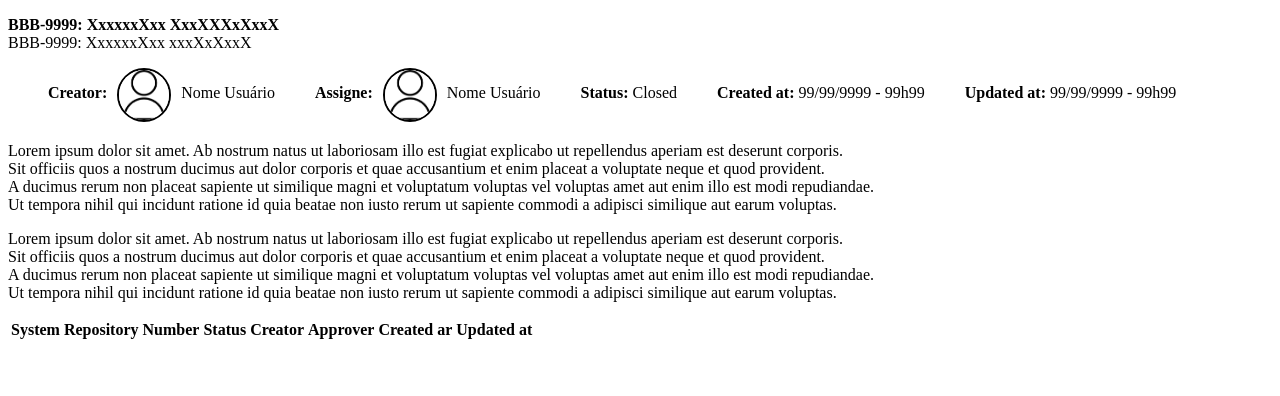
Repository: AnaBerlanda/PaginaFer
Page: index.html
The author's editor kept a copy of each file at every save. The page is drawn from the files as they stood at one save, then again after the next save.
The browser window is 1280 px wide. The pictures show the whole page.

Above is the page before, as saved 2022-05-23 15:33:01.

After the next save:
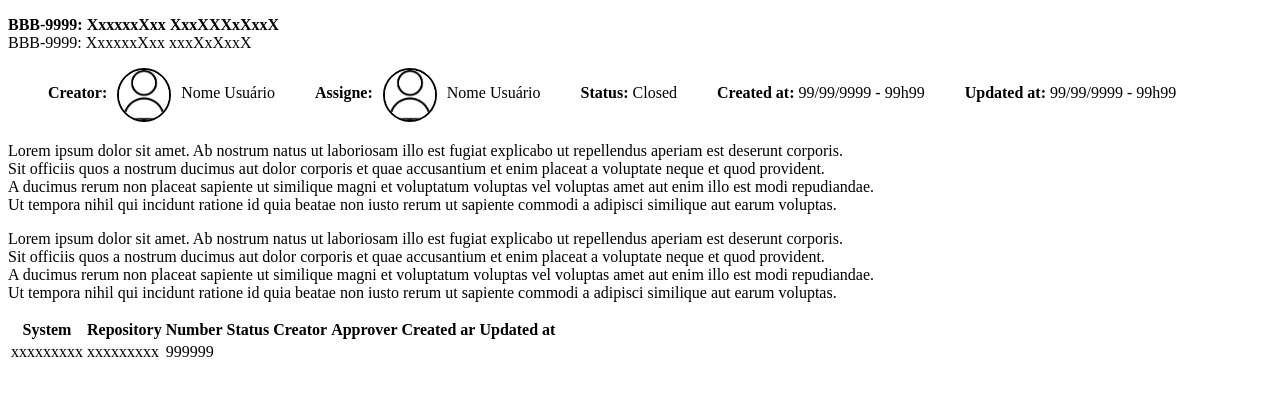
Saved 4 min 26 s later.
--- a/index.html
+++ b/index.html
@@ -58,6 +58,11 @@
             <th>Created ar</th>
             <th>Updated at</th>
         </tr>
+        <tr>
+            <td>xxxxxxxxx</td>
+            <td>xxxxxxxxx</td>
+            <td>999999</td>
+        </tr>
 
 
 
